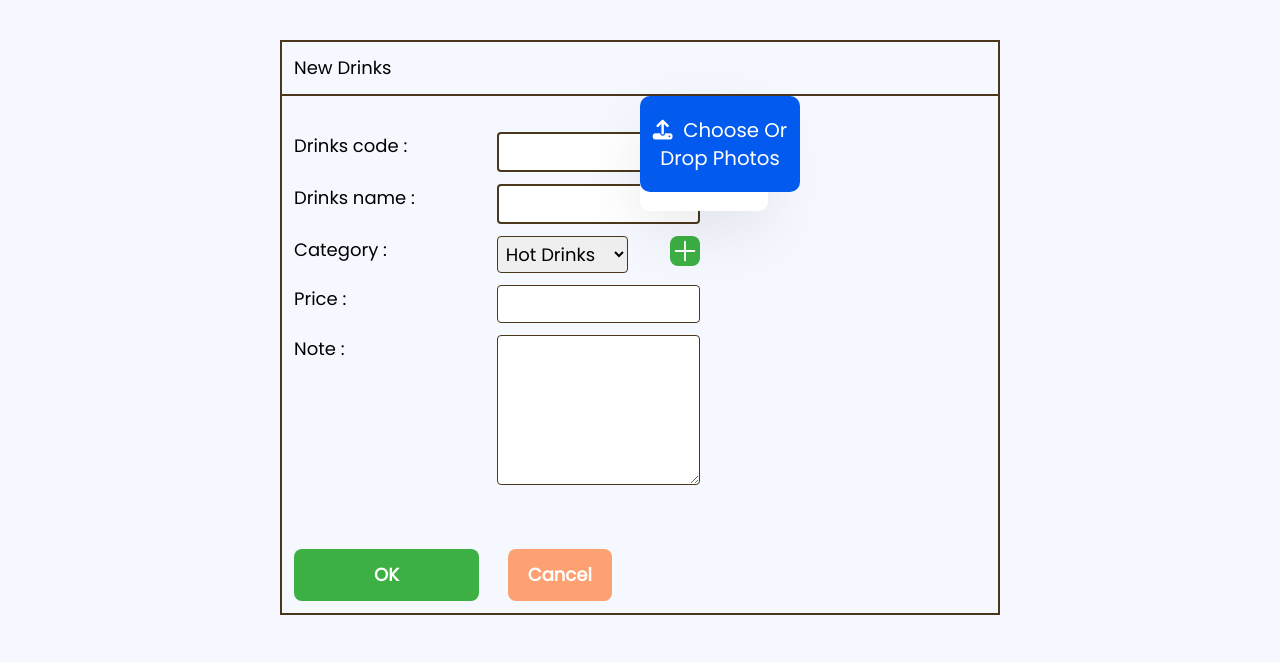
Repository: Dapravith/Midterm-SE-GIC-Cafe-Project-Group16
Page: src/main/resources/templates/addDrink.html
An editor plug-in stored every save of this project. The page is shown before and after the next save, followed by the edit.
The browser window is 1280 px wide. The pictures show the whole page.
Some web libraries are served in a nearby version.

Above is the page before, as saved 2023-05-16 22:41:40.

After the next save:
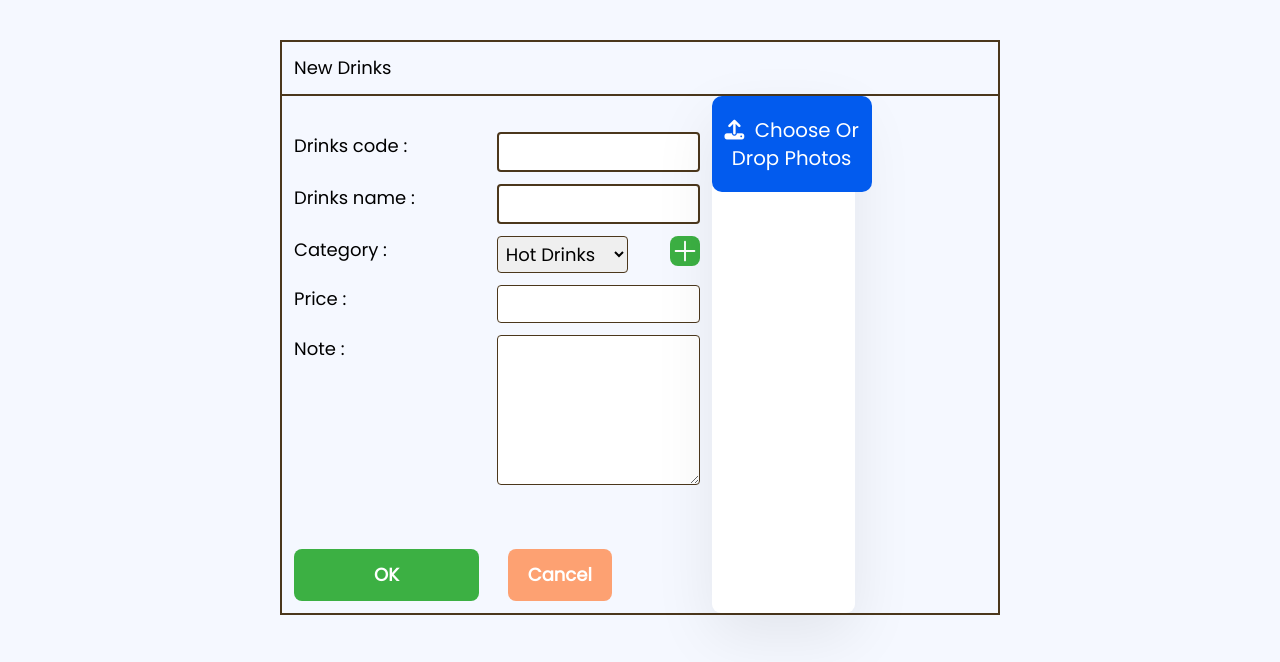
Saved 16 s later.
--- a/src/main/resources/templates/addDrink.html
+++ b/src/main/resources/templates/addDrink.html
@@ -29,8 +29,8 @@
 
         .images {
             background-color: #ffffff;
-            width: 10%;
-            position: absolute;
+            width: 20%;
+            position: sticky;
             transform: translateX(-50%, 50%);
             left: 50%;
             right: 50%;
